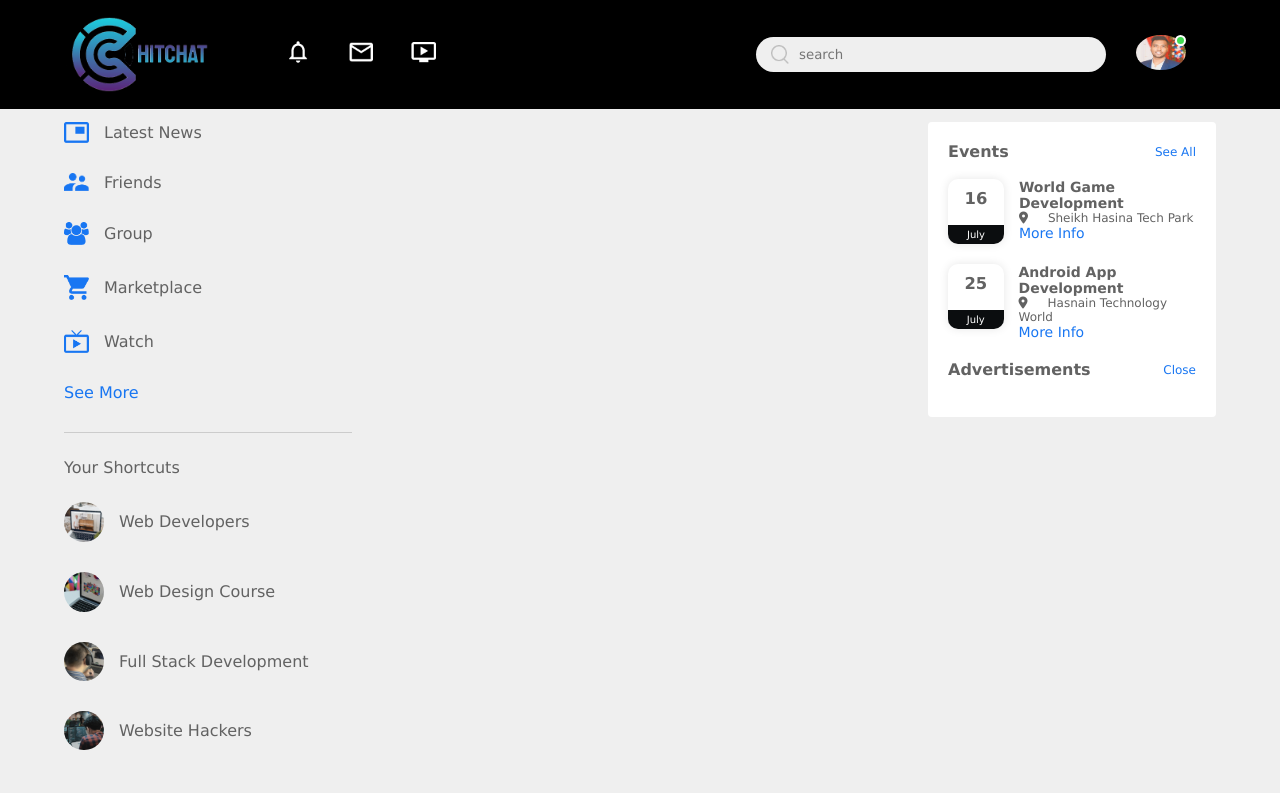
Repository: omarhasnain/ChitChat
Page: index.html
These files come from the project's save history. The page is drawn as it stood at one moment and after the next save; the edit follows.
The browser window is 1280 px wide. The pictures show the whole page.
Some web libraries are served in a nearby version.

Above is the page before, as saved 2021-07-12 22:01:46.

### index.html
<!DOCTYPE html>
<html lang="en">

<head>
    <meta charset="UTF-8">
    <meta http-equiv="X-UA-Compatible" content="IE=edge">
    <meta name="viewport" content="width=device-width, initial-scale=1.0">
    <title>ChitChat</title>
    <link rel="stylesheet" href="style.css">
    <link rel="shortcut icon" href="images/fav-ico.ico" type="image/x-icon">
    <script src="https://kit.fontawesome.com/07933890e6.js" crossorigin="anonymous"></script>
</head>

<body>
    <nav>
        <div class="nav-left">
            <img src="images/logo4.png" alt="logo" class="logo">
            <ul>
                <li><img src="images/notification.png" alt="" class=""></li>
                <li><img src="images/inbox.png" alt="" class=""></li>
                <li><img src="images/video.png" alt="" class=""></li>
            </ul>
        </div>
        <div class="nav-right">
            <div class="search-box">
                <img src="images/search.png" alt="">
                <input type="text" placeholder="search">
            </div>
            <div class="nav-user-icon online">
                <img src="images/FC.jpg" alt="">
            </div>
        </div>
    </nav>
    <div class="container">
        <!---- Left sidebar --->
        <div class="left-sidebar">
            <div class="important-links">
                <a href="#"><img src="images/news.png" alt="news">Latest News</a>
                <a href="#"><img src="images/friends.png">Friends</a>
                <a href="#"><img src="images/group.png">Group</a>
                <a href="#"><img src="images/marketplace.png">Marketplace</a>
                <a href="#"><img src="images/watch.png">Watch</a>
                <a href="#">See More</a>
            </div>
            <div class="shortcut-links">
                <p>Your Shortcuts</p>
                <a href="#"><img src="images/shortcut-1.png" alt="">Web Developers</a>
                <a href="#"><img src="images/shortcut-2.png" alt="">Web Design Course</a>
                <a href="#"><img src="images/shortcut-3.png" alt="">Full Stack Development</a>
                <a href="#"><img src="images/shortcut-4.png" alt="">Website Hackers</a>
            </div>
        </div>
        <!---- Main Content --->
        <div class="main-content"></div>
        <!---- Right sidebar --->
        <div class="right-sidebar">
            <div class="sidebar-title">
                <h4>Events</h4>
                <a href="#">See All</a>
            </div>
            <div class="event">
                <div class="left-event">
                    <h3>16</h3>
                    <span>July</span>
                </div>
                <div class="right-event">
                    <h4>World Game Development</h4>
                    <p><i class="fas fa-map-marker-alt"></i>Sheikh Hasina Tech Park</p>
                    <a href="">More Info</a>
                </div>
            </div>
            <div class="event">
                <div class="left-event">
                    <h3>25</h3>
                    <span>July</span>
                </div>
                <div class="right-event">
                    <h4>Android App Development</h4>
                    <p><i class="fas fa-map-marker-alt"></i>Hasnain Technology World </p>
                    <a href="">More Info</a>
                </div>
            </div>
            <div class="sidebar-title">
                <h4>Advertisements</h4>
                <a href="#">Close</a>
            </div>
        </div>
    </div>
</body>

</html>

### style.css
* {
    margin: 0;
    padding: 0;
    font-family: Verdana;
    box-sizing: border-box;
}

body {
    background-color: #efefef;
}

nav {
    display: flex;
    align-items: center;
    justify-content: space-between;
    background: rgb(0, 0, 0);
    padding: 5px 5%;
    position: sticky;
    top: 0;
    z-index: 100;
}

.logo {
    width: 160px;
    margin-right: 45px;
}

.nav-left,
.nav-right {
    display: flex;
    align-items: center;
}

.nav-left ul li {
    list-style: none;
    display: inline-block;
}

.nav-left ul li img {
    width: 28px;
    margin: 0 15px;
    cursor: pointer;
}

.nav-user-icon img {
    width: 50px;
    height: 35px;
    border-radius: 100%;
    cursor: pointer;
}

.nav-user-icon {
    margin: 30px;
}

.search-box {
    background: #efefef;
    width: 350px;
    border-radius: 20px;
    display: flex;
    align-items: center;
    padding: 0 15px;
}

.search-box img {
    width: 18px;
    cursor: pointer;
}

.search-box input {
    background: transparent;
    width: 100%;
    border: 0;
    display: flex;
    align-items: center;
    padding: 10px;
    outline: none;
}

.online {
    position: relative;
}

.online::after {
    content: '';
    width: 7px;
    height: 7px;
    border: 2px solid #fff;
    border-radius: 50%;
    background: #41db51;
    position: absolute;
    top: 0;
    right: 0;
}

.container {
    display: flex;
    justify-content: space-between;
    padding: 13px 5%;
}

.left-sidebar {
    flex-basis: 25%;
    position: sticky;
    top: 70px;
    align-self: flex-start;
}

.right-sidebar {
    flex-basis: 25%;
    position: sticky;
    top: 70px;
    align-self: flex-start;
    background: #fff;
    padding: 20px;
    border-radius: 4px;
    color: #626262;
}

.main-content {
    flex-basis: 47%;
}

.important-links a,
.shortcut-links a {
    text-decoration: none;
    display: flex;
    align-items: center;
    margin-bottom: 30px;
    color: #626262;
    width: fit-content;
}

.important-links a img {
    width: 25px;
    margin-right: 15px;
}

.important-links a:last-child {
    color: #1876f2;
}

.important-links {
    border-bottom: 1px solid #ccc;
}

.shortcut-links a img {
    width: 40px;
    border-radius: 30px;
    margin-right: 15px;
}

.shortcut-links p {
    margin: 25px 0;
    color: #626262;
    font-weight: 500;
}

.sidebar-title {
    display: flex;
    align-items: center;
    justify-content: space-between;
    margin-bottom: 18px;
}

.sidebar-title h4 {
    font-weight: 600;
    font-size: 16px;
}

.sidebar-title a {
    text-decoration: none;
    color: #1876f2;
    font-size: 12px;
}

.event {
    display: flex;
    font-size: 14px;
    margin-bottom: 20px;
}

.left-event {
    border-radius: 10px;
    height: 65px;
    width: 65px;
    margin-right: 15px;
    padding-top: 10px;
    text-align: center;
    position: relative;
    overflow: hidden;
    box-shadow: 0 0 10px rgba(0, 0, 0, 0.1);
}

.event p {
    font-size: 12px;
}

.event a {
    font-size: 12 px;
    text-decoration: none;
    color: #1876f2;
}

.left-event span {
    position: absolute;
    bottom: 0;
    left: 0;
    width: 100%;
    background: #0b0d0f;
    font-size: 10px;
    padding: 4px 0;
    color: #fff;
}

.fas {
    padding-right: 20px;
}

After the next save:
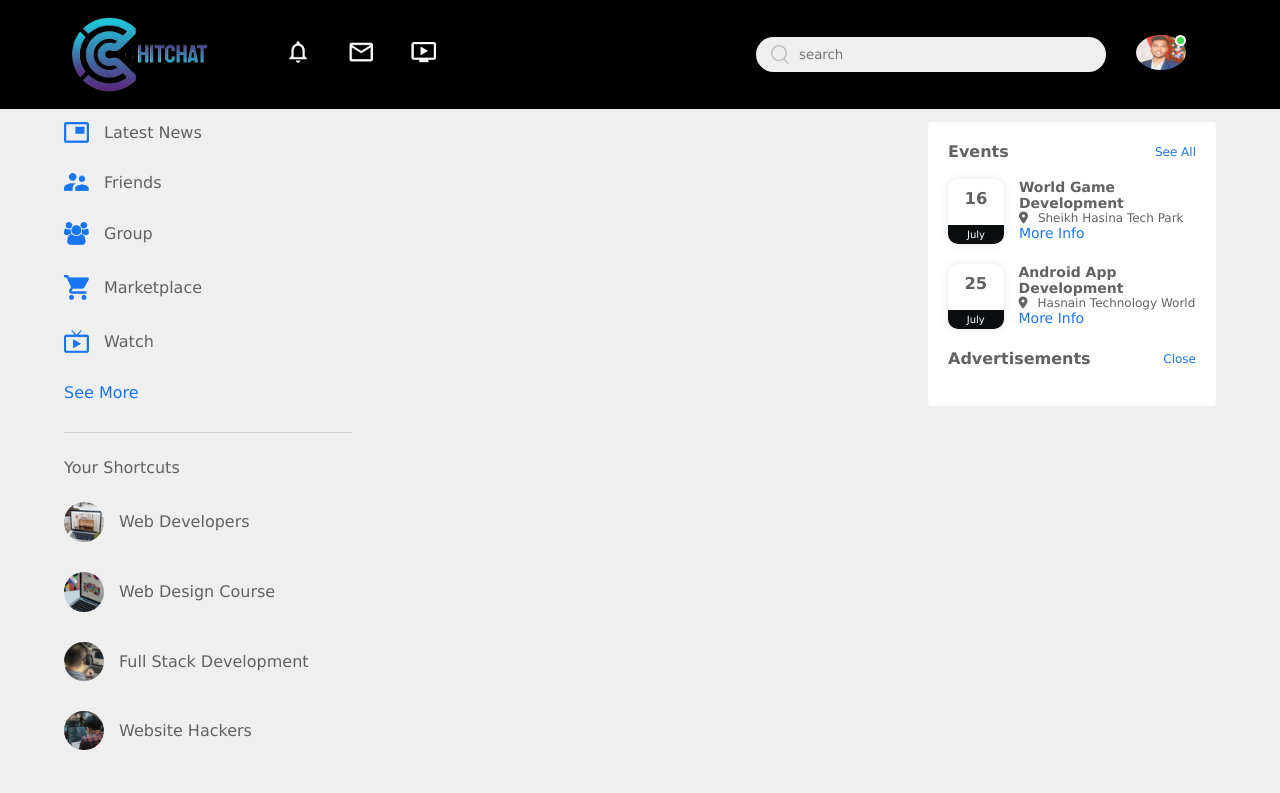
Saved 8 s later.
--- a/style.css
+++ b/style.css
@@ -214,5 +214,5 @@
 }
 
 .fas {
-    padding-right: 20px;
-}
+    padding-right: 10px;
+}
